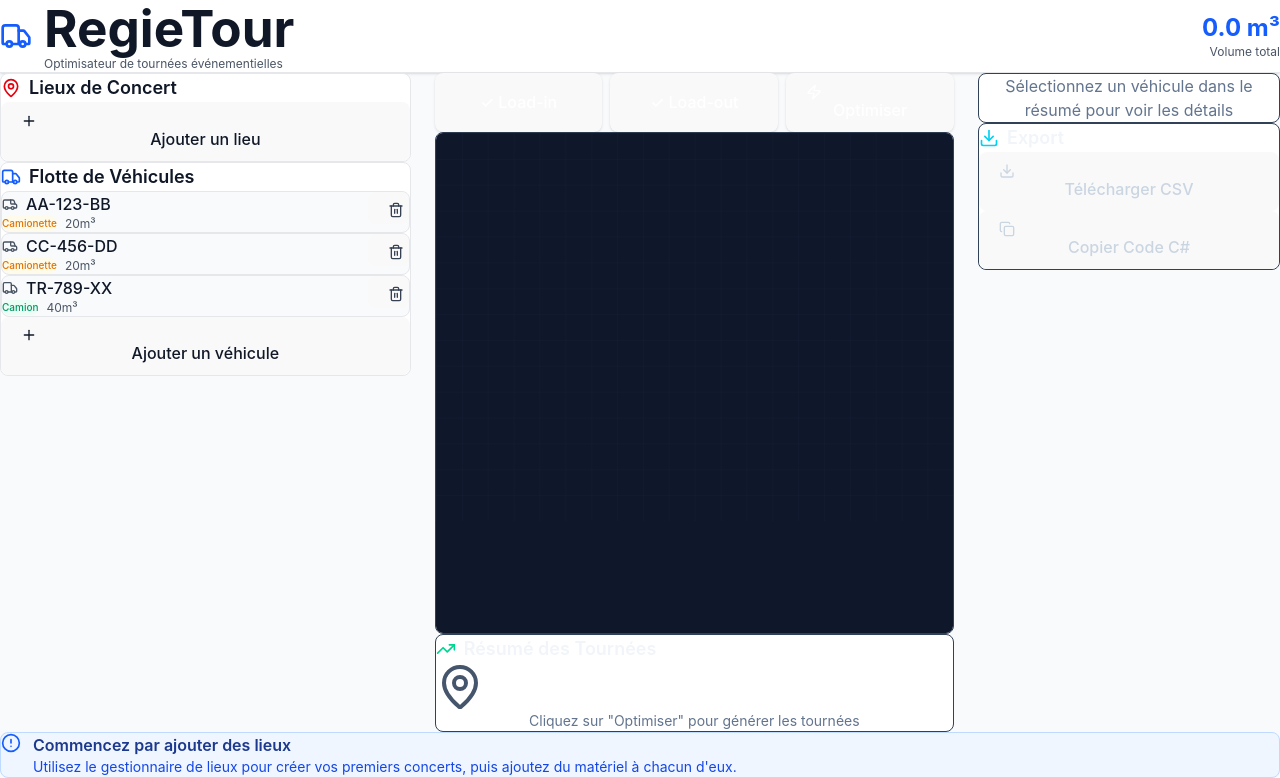
Repository: MaqlachMehdi/logipro
Page: /
These files come from the project's save history. The page is drawn as it stood at one moment and after the next save; the edit follows.
The browser window is 1280 px wide. The pictures show the whole page.
The project was rebuilt for these pictures with package versions that can differ from the ones it lists, and the page was loaded fresh each time. Also part of the build but not shown: vite.config.ts, src/components/ui/input.tsx, src/components/ui/label.tsx, src/components/VolumeEstimator.tsx, src/components/GearManager.tsx, src/components/ExportDatabase.tsx.

Above is the page before, as saved 2026-02-08 20:02:13.

After the next save:
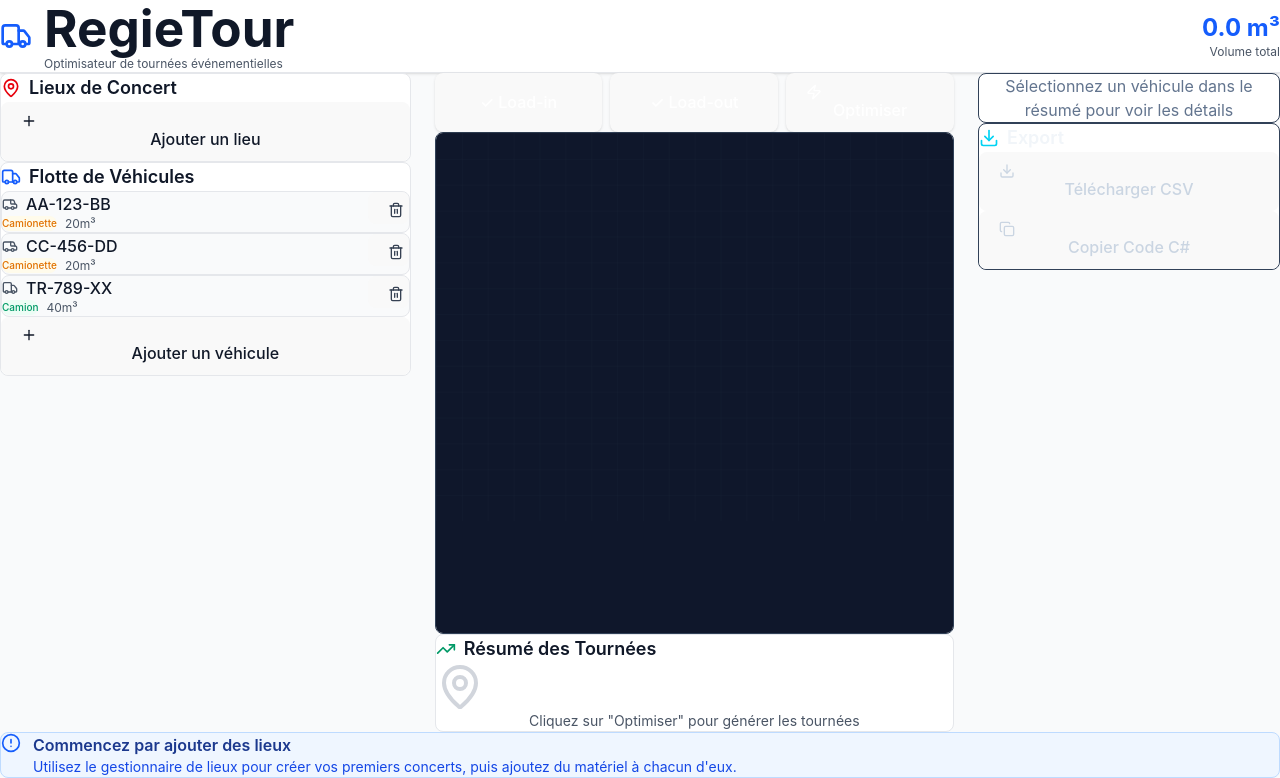
Saved 21 s later.
--- a/src/components/RouteSummary.tsx
+++ b/src/components/RouteSummary.tsx
@@ -36,40 +36,40 @@ export function RouteSummary({
     : 0;
 
   return (
-    <Card className="bg-slate-800 border-slate-700">
+    <Card className="bg-white border-gray-200">
       <CardHeader>
-        <CardTitle className="text-slate-100 flex items-center gap-2">
-          <TrendingUp className="w-5 h-5 text-emerald-400" />
+        <CardTitle className="text-gray-900 flex items-center gap-2">
+          <TrendingUp className="w-5 h-5 text-emerald-600" />
           Résumé des Tournées
         </CardTitle>
       </CardHeader>
       <CardContent className="space-y-4">
         {routes.length === 0 ? (
           <div className="text-center py-8">
-            <MapPin className="w-12 h-12 text-slate-600 mx-auto mb-3" />
-            <p className="text-slate-500 text-sm">
+            <MapPin className="w-12 h-12 text-gray-300 mx-auto mb-3" />
+            <p className="text-gray-600 text-sm">
               Cliquez sur "Optimiser" pour générer les tournées
             </p>
           </div>
         ) : (
           <>
             <div className="grid grid-cols-3 gap-2">
-              <div className="bg-slate-900 rounded-lg p-3 text-center">
-                <div className="text-2xl font-bold text-indigo-400">{routes.length}</div>
-                <div className="text-xs text-slate-500">Véhicules</div>
+              <div className="bg-gray-50 rounded-lg p-3 text-center">
+                <div className="text-2xl font-bold text-blue-600">{routes.length}</div>
+                <div className="text-xs text-gray-600">Véhicules</div>
               </div>
-              <div className="bg-slate-900 rounded-lg p-3 text-center">
-                <div className="text-2xl font-bold text-emerald-400">{totalDistance.toFixed(0)}</div>
-                <div className="text-xs text-slate-500">km Total</div>
+              <div className="bg-gray-50 rounded-lg p-3 text-center">
+                <div className="text-2xl font-bold text-emerald-600">{totalDistance.toFixed(0)}</div>
+                <div className="text-xs text-gray-600">km Total</div>
               </div>
-              <div className="bg-slate-900 rounded-lg p-3 text-center">
-                <div className="text-2xl font-bold text-amber-400">{avgUtilization}%</div>
-                <div className="text-xs text-slate-500">Utilisation</div>
+              <div className="bg-gray-50 rounded-lg p-3 text-center">
+                <div className="text-2xl font-bold text-amber-600">{avgUtilization}%</div>
+                <div className="text-xs text-gray-600">Utilisation</div>
               </div>
             </div>
 
             <div className="space-y-2">
-              <div className="text-xs font-semibold text-slate-500 uppercase tracking-wider">
+              <div className="text-xs font-semibold text-gray-700 uppercase tracking-wider">
                 Détails par véhicule
               </div>
               {routes.map((route) => {
@@ -81,8 +81,8 @@ export function RouteSummary({
                     key={route.vehicleId}
                     className={`p-3 rounded-lg border cursor-pointer transition-all ${
                       selectedVehicleId === route.vehicleId
-                        ? 'bg-slate-700 border-indigo-500'
-                        : 'bg-slate-900 border-slate-700 hover:border-slate-600'
+                        ? 'bg-blue-50 border-blue-500'
+                        : 'bg-gray-50 border-gray-200 hover:border-gray-300'
                     }`}
                     onClick={() => onSelectVehicle(
                       selectedVehicleId === route.vehicleId ? null : route.vehicleId
@@ -94,25 +94,25 @@ export function RouteSummary({
                           className="w-3 h-3 rounded-full"
                           style={{ backgroundColor: getColorHex(vehicle.color) }}
                         />
-                        <span className="font-medium text-slate-200 text-sm">
+                        <span className="font-medium text-gray-900 text-sm">
                           {vehicle.name}
                         </span>
                       </div>
-                      <span className="text-xs text-slate-500">
+                      <span className="text-xs text-gray-600">
                         {route.stops.length} arrêts
                       </span>
                     </div>
                     <div className="flex items-center gap-4 text-xs">
-                      <span className="text-slate-400">
+                      <span className="text-gray-700">
                         <Package className="w-3 h-3 inline mr-1" />
                         {route.totalVolume}m³ / {vehicle.capacity}m³
                       </span>
-                      <span className="text-slate-400">
+                      <span className="text-gray-700">
                         <Truck className="w-3 h-3 inline mr-1" />
                         {route.totalDistance}km
                       </span>
                     </div>
-                    <div className="mt-2 h-1.5 bg-slate-700 rounded-full overflow-hidden">
+                    <div className="mt-2 h-1.5 bg-gray-200 rounded-full overflow-hidden">
                       <div
                         className="h-full rounded-full transition-all"
                         style={{
